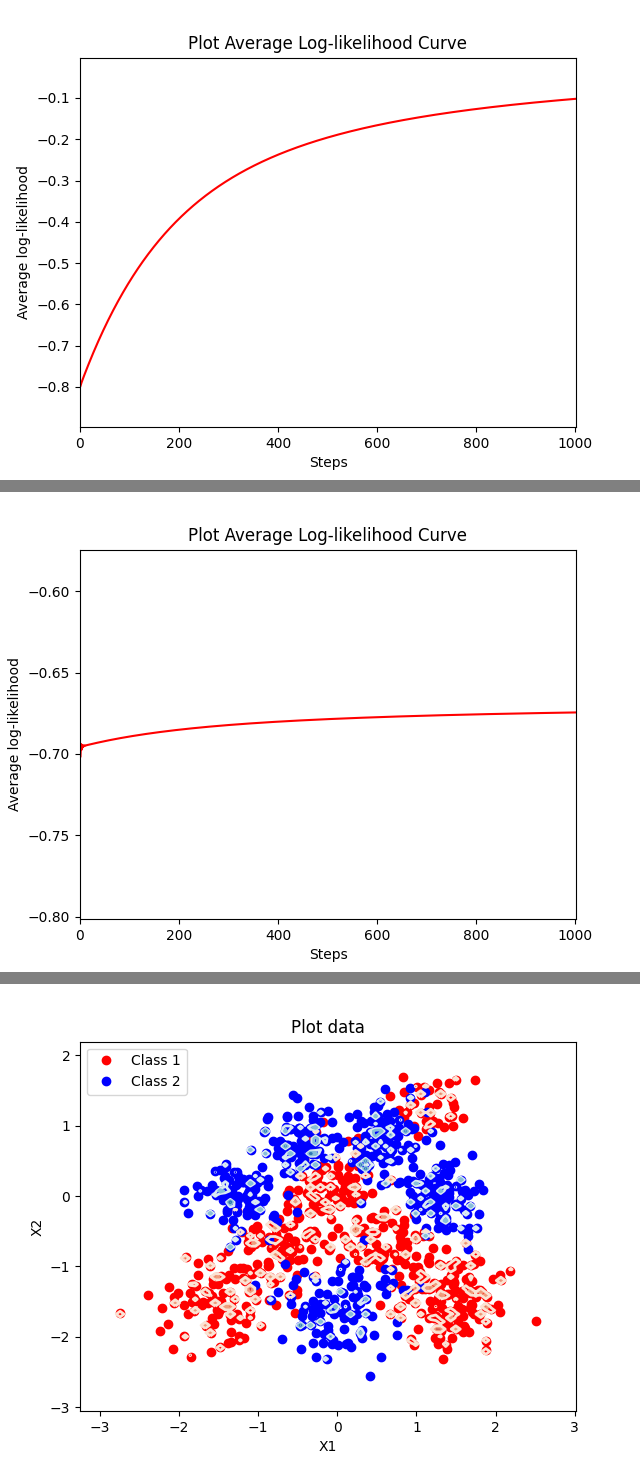
Repository: DhruvTrehan03/3F8
Script's output: python Lab.py
The author's editor kept a copy of each file at every save. The script's output is drawn from the files as they stood at one save, then again after a run of saves.
Each picture stacks the figures in order, with grey between them; figures that are only written to a file come last. Random numbers start from a fixed seed.

Above is the script's output before, as saved 2024-02-16 13:12:18.

### Lab.py
import numpy as np
import matplotlib.pyplot as plt

def logistic(x):
    return 1.0 / (1.0 + np.exp(-x))

def plot_data_internal(X, y):
    x_min, x_max = X[ :, 0 ].min() - .5, X[ :, 0 ].max() + .5
    y_min, y_max = X[ :, 1 ].min() - .5, X[ :, 1 ].max() + .5
    xx, yy = np.meshgrid(np.linspace(x_min, x_max, 100), np.linspace(y_min, y_max, 100))
    plt.figure()
    plt.xlim(xx.min(None), xx.max(None))
    plt.ylim(yy.min(None), yy.max(None))
    ax = plt.gca()
    ax.plot(X[y == 0, 0], X[y == 0, 1], 'ro', label = 'Class 1')
    ax.plot(X[y == 1, 0], X[y == 1, 1], 'bo', label = 'Class 2')
    plt.xlabel('X1')
    plt.ylabel('X2')
    plt.title('Plot data')
    plt.legend(loc = 'upper left', scatterpoints = 1, numpoints = 1)
    return xx, yy

def plot_data(X, y):
    xx, yy = plot_data_internal(X, y)
    plt.show()

def log_likelihood (y, X, B):
    L= np.prod(np.power(sigmoid(X@B),(y)) * np.power(sigmoid(X@B),(1-y)))
    # for i in range(len(X[:,0])):
    #     L *= (sigmoid(B.T@X[i,:].T)**y[i])*(sigmoid(-B.T@X[i,:].T)**(1-y[i]))
    LL = np.log(L)
    return LL

def predict(X_tilde, w):
    return logistic(np.dot(X_tilde, w))

def get_x_tilde(X):
    return np.concatenate((np.ones((X.shape[ 0 ], 1 )), X), 1)

def plot_ll(ll):
    plt.figure()
    ax = plt.gca()
    plt.xlim(0, len(ll) + 2)
    plt.ylim(min(ll) - 0.1, max(ll) + 0.1)
    ax.plot(np.arange(1, len(ll) + 1), ll, 'r-')
    plt.xlabel('Steps')
    plt.ylabel('Average log-likelihood')
    plt.title('Plot Average Log-likelihood Curve')
    plt.show()

def plot_predictive_distribution(X, y, w, map_inputs = lambda x : x):
    xx, yy = plot_data_internal(X, y)
    ax = plt.gca()
    X_tilde = get_x_tilde(map_inputs(np.concatenate((xx.ravel().reshape((-1, 1)), yy.ravel().reshape((-1, 1))), 1)))
    Z = predict(X_tilde, w)
    Z = Z.reshape(xx.shape)
    cs2 = ax.contour(xx, yy, Z, cmap = 'RdBu', linewidths = 2)
    plt.clabel(cs2, fmt = '%2.1f', colors = 'k', fontsize = 14)
    plt.show()

def compute_average_ll(X_tilde, y, w):
    output_prob = predict(X_tilde, w)
    return np.mean(y * np.log(output_prob) + (1 - y) * np.log(1.0 - output_prob))

def fit_w(X_tilde_train, y_train, X_tilde_test, y_test, n_steps, alpha):
    w = np.random.randn(X_tilde_train.shape[ 1 ])
    ll_train = np.zeros(n_steps)
    ll_test = np.zeros(n_steps)
    for i in range(n_steps):
        sigmoid_value = predict(X_tilde_train, w)
        w += alpha * X_tilde_train.T@(y_train-sigmoid_value)     # Gradient-based update rule for w. To be completed by the student
        ll_train[ i ] = compute_average_ll(X_tilde_train, y_train, w)
        ll_test[ i ] = compute_average_ll(X_tilde_test, y_test, w)
        print(ll_train[ i ], ll_test[ i ])

    return w, ll_train, ll_test

def evaluate_basis_functions(l, X, Z):
    X2 = np.sum(X**2, 1)
    Z2 = np.sum(Z**2, 1)
    ones_Z = np.ones(Z.shape[ 0 ])
    ones_X = np.ones(X.shape[ 0 ])
    r2 = np.outer(X2, ones_Z) - 2 * np.dot(X, Z.T) + np.outer(ones_X, Z2)
    return np.exp(-0.5 / l**2 * r2)

def conf_mat(y_test, X_tilde_test, w):
    z = (predict(X_tilde_test, w)>0.5)
    P_0_0 = 0
    P_1_0 = 0
    P_0_1 = 0
    P_1_1 = 0
    for i in range(len(y_test)):
        if z[i] == 0 and y_test[i] == 0:
                P_0_0 += 1
        elif z[i] == 1 and y_test[i] == 0:
                P_1_0 += 1
        elif z[i] == 0 and y_test[i] == 1:
                P_0_1 += 1
        elif z[i] == 1 and y_test[i] == 1:
                P_1_1 += 1
    print(np.array([[P_0_0/(P_0_0+P_1_0), P_1_0/(P_0_0+P_1_0)],[P_0_1/(P_0_1+P_1_1), P_1_1/(P_0_1+P_1_1)]]))

X = np.loadtxt('X.txt')
y = np.loadtxt('y.txt')
permutation = np.random.permutation(X.shape[ 0 ])
X = X[ permutation, : ]
y = y[ permutation ]

n_train = 800
X_train = X[ 0 : n_train, : ]
X_test = X[ n_train :, : ]
y_train = y[ 0 : n_train ]
y_test = y[ n_train : ]

# Eta = 0.001
# Max_it = 100

# X_tilde_train = get_x_tilde(X_train)
# X_tilde_test = get_x_tilde(X_test)
# w, ll_train, ll_test = fit_w(X_tilde_train, y_train, X_tilde_test, y_test, Max_it, Eta)
# plot_ll(ll_train)
# plot_ll(ll_test)
# plot_predictive_distribution(X, y, w)

l = 0.01 # Width of the Gaussian basis funcction. To be completed by the student

X_tilde_train = get_x_tilde(evaluate_basis_functions(l, X_train, X_train))
X_tilde_test = get_x_tilde(evaluate_basis_functions(l, X_test, X_train))

# We train the new classifier on the feature expanded inputs

alpha = 0.01 # Learning rate for gradient-based optimisation with basis functions. To be completed by the student
n_steps = 1000 # Number of steps of gradient-based optimisation with basis functions. To be completed by the student

w, ll_train, ll_test = fit_w(X_tilde_train, y_train, X_tilde_test, y_test, n_steps, alpha)

# We plot the training and test log likelihoods

plot_ll(ll_train)
plot_ll(ll_test)

# We plot the predictive distribution

plot_predictive_distribution(X, y, w, lambda x : evaluate_basis_functions(l, x, X_train))
conf_mat(y_test, X_tilde_train, w)

### y.txt
0
0
1
1
1
0
1
0
0
1
0
0
1
0
0
1
1
1
0
0
0
0
1
1
1
0
1
1
1
1
0
1
0
1
0
0
0
1
1
0
0
1
1
1
1
1
1
0
0
1
0
0
1
1
1
1
1
1
1
1
1
1
0
1
0
1
0
1
1
1
0
1
0
1
1
1
0
1
0
0
1
1
1
1
0
1
0
0
0
1
0
1
1
1
1
1
1
0
0
1
1
0
0
1
1
1
1
0
0
1
0
0
0
0
1
1
0
1
1
0
0
1
1
1
0
0
1
0
0
1
0
1
0
1
0
0
1
0
0
1
0
1
1
0
1
0
1
1
0
1
1
1
0
0
1
1
1
0
0
0
0
0
1
1
0
0
0
1
1
1
1
1
1
1
1
1
1
0
0
0
1
0
0
1
1
1
1
1
0
0
1
1
0
0
0
0
0
0
1
1
1
0
1
0
1
1
0
0
1
1
0
1
1
1
0
0
0
0
0
1
0
1
1
0
1
0
1
0
0
0
1
0
1
0
1
1
1
0
1
1
1
1
1
1
0
0
0
0
0
0
1
1
1
0
0
0
0
1
0
0
1
1
1
1
1
0
1
1
1
0
0
0
1
1
0
1
0
1
0
0
1
0
1
0
0
0
1
1
1
0
1
1
1
0
0
1
1
0
1
1
0
1
1
0
0
0
0
0
1
1
0
0
1
0
1
1
0
0
1
1
0
0
0
0
0
0
1
0
0
1
0
1
0
0
1
0
0
0
0
0
0
0
1
1
0
0
0
1
0
0
0
1
0
0
0
1
0
1
0
1
0
1
0
0
1
0
0
1
0
0
1
0
1
0
1
1
1
1
1
1
0
0
0
0
0
0
0
1
1
0
0
1
1
0
0
0
0
0
1
0
0
1
0
1
1
1
1
1
0
0
0
1
1
1
1
1
1
1
1
1
1
1
0
0
1
0
0
1
1
0
1
0
0
1
0
1
0
1
0
1
1
1
0
0
0
1
1
1
0
1
1
1
0
1
1
1
1
1
1
1
0
0
0
0
1
0
0
1
1
1
1
1
1
1
1
1
0
0
0
1
1
0
0
1
0
0
0
0
0
0
0
0
1
0
0
0
0
1
0
1
0
0
0
0
0
1
1
1
0
1
0
0
1
0
0
0
1
0
1
0
1
1
0
0
1
1
1
0
0
1
1
1
1
0
1
1
1
1
1
0
1
1
0
0
0
1
0
0
0
0
0
0
0
0
1
0
0
1
1
1
1
0
0
0
1
1
1
1
0
0
1
0
0
0
1
0
1
1
0
1
0
0
1
0
0
1
0
0
0
1
0
0
1
0
0
1
0
0
0
1
0
1
0
0
0
1
0
1
0
1
1
1
0
1
1
0
0
1
1
0
0
1
0
1
0
1
1
1
1
1
0
1
0
0
1
0
1
0
1
1
1
0
0
1
0
1
0
0
1
1
0
0
0
1
0
0
1
1
1
1
0
1
0
0
0
0
1
1
0
0
0
0
1
1
1
1
0
1
0
0
1
0
1
0
0
1
0
1
1
1
1
1
0
0
0
1
0
1
0
0
0
1
0
0
0
1
0
0
1
0
0
0
1
0
1
1
1
1
1
0
1
0
1
1
0
0
0
0
0
0
1
1
0
0
0
1
0
0
0
0
1
1
0
0
0
0
1
0
0
0
0
1
1
0
0
0
1
0
1
0
1
1
1
0
0
1
0
1
1
0
0
1
1
0
0
1
0
1
0
1
0
1
1
0
1
0
0
1
1
0
1
1
1
0
1
0
0
0
1
1
0
1
0
0
0
1
0
0
0
1
0
1
0
1
0
1
1
1
0
1
1
1
0
0
1
0
0
1
0
0
0
1
0
1
1
0
0
1
0
1
0
0
1
0
1
1
1
0
0
0
1
1
0
0
1
1
1
0
1
1
1
1
1
0
0
0
1
0
1
1
0
1
0
1
0
1
1
1
0
1
0
1
0
0
0
1
1
1
1
0
0
0
0
1
1
0
1
0
1
0
0
1
1
1
0
1
1
1
0
0
1
0
1
0
1
0
0
0
1
0
0
0
0
0
0
1
0
0
0
0
0
0
0
1
0
1
1
0
1
0
1
1
1
0
0
1
0
1
0
0
1
1
1
0
1
1
1
1
1
1
1
1
1
1
1
0
0
0
1
1
1
1
1
1
1
0
0
1
0
0
1
0
0
0
0
0
1
0
1
1
0
1
0
0
1
0
0
0
0
1

Loaded but not shown: X.txt (1000 lines, source omitted)

After the next 2 saves:
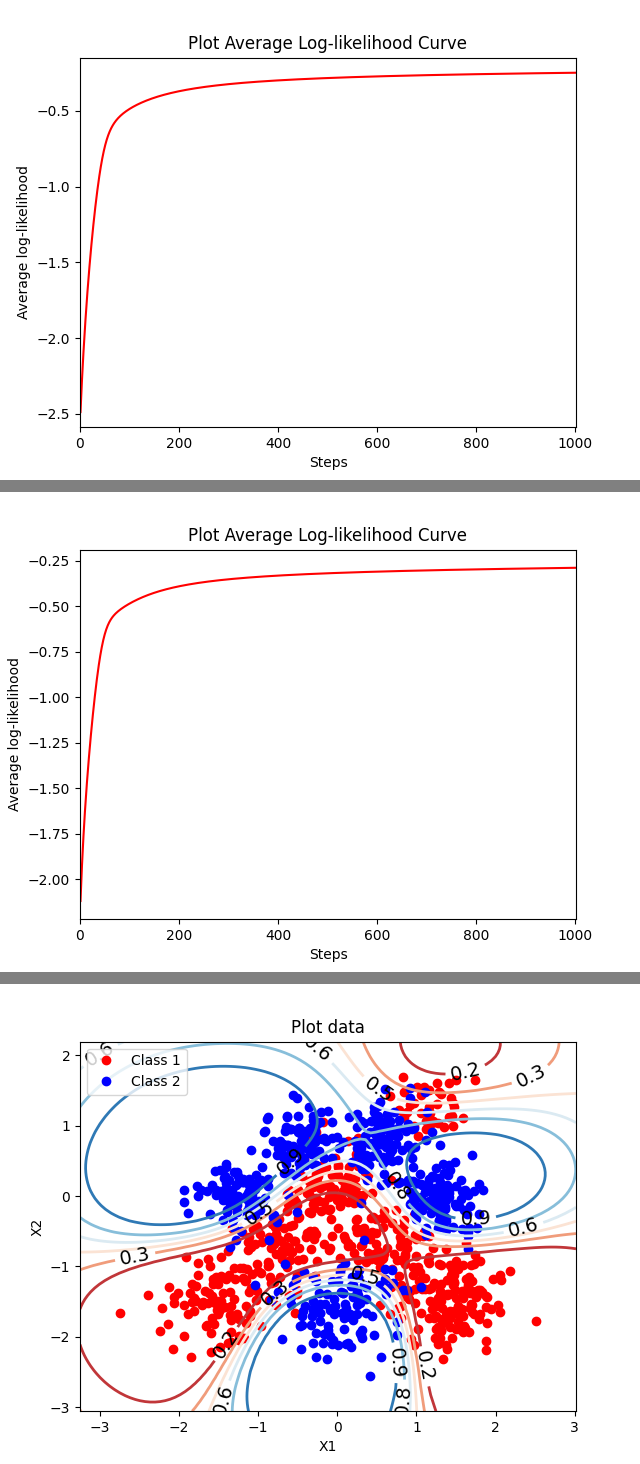
The 2 saves are shown as one change because 1 did not build or start.
The last was saved 74 s later.
--- a/Lab.py
+++ b/Lab.py
@@ -122,14 +122,14 @@ y_test = y[ n_train : ]
 # plot_ll(ll_test)
 # plot_predictive_distribution(X, y, w)
 
-l = 0.01 # Width of the Gaussian basis funcction. To be completed by the student
+l = 1 # Width of the Gaussian basis funcction. To be completed by the student
 
 X_tilde_train = get_x_tilde(evaluate_basis_functions(l, X_train, X_train))
 X_tilde_test = get_x_tilde(evaluate_basis_functions(l, X_test, X_train))
 
 # We train the new classifier on the feature expanded inputs
 
-alpha = 0.01 # Learning rate for gradient-based optimisation with basis functions. To be completed by the student
+alpha = 0.0001 # Learning rate for gradient-based optimisation with basis functions. To be completed by the student
 n_steps = 1000 # Number of steps of gradient-based optimisation with basis functions. To be completed by the student
 
 w, ll_train, ll_test = fit_w(X_tilde_train, y_train, X_tilde_test, y_test, n_steps, alpha)
